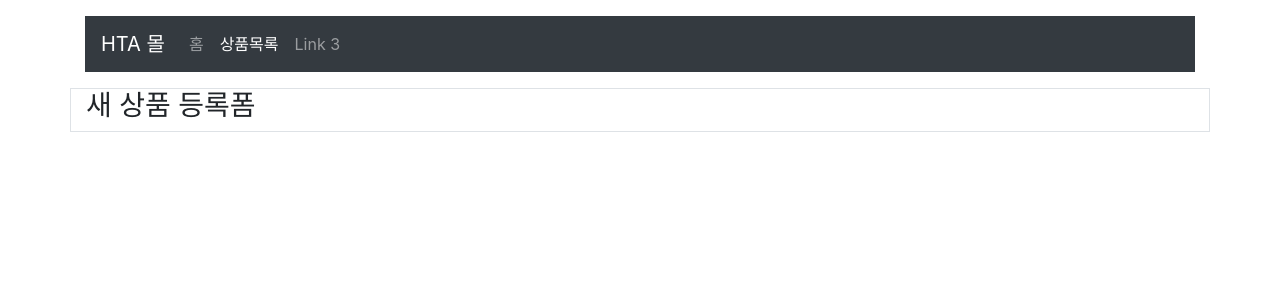
Repository: onuo77/HTA
Page: http://localhost/sample-mybatis/product/form.jsp
These files come from the project's save history. The page is drawn as it stood at one moment and after the next save; the edit follows.
The browser window is 1280 px wide. The pictures show the whole page.
The page is served by Tomcat 9. Other server files are loaded and not shown.

Above is the page before, as saved 2021-05-26 05:22:39.

### java-web/sample-mybatis/src/main/webapp/product/form.jsp
<%@ page contentType="text/html; charset=UTF-8" pageEncoding="UTF-8" %>
<!DOCTYPE html>
<html lang="ko">
<head>
  	<title>Bootstrap 4 Example</title>
  	<meta charset="utf-8">
  	<meta name="viewport" content="width=device-width, initial-scale=1">
  	<link rel="stylesheet" href="https://maxcdn.bootstrapcdn.com/bootstrap/4.5.2/css/bootstrap.min.css">
  	<script src="https://ajax.googleapis.com/ajax/libs/jquery/3.5.1/jquery.min.js"></script>
  	<script src="https://cdnjs.cloudflare.com/ajax/libs/popper.js/1.16.0/umd/popper.min.js"></script>
  	<script src="https://maxcdn.bootstrapcdn.com/bootstrap/4.5.2/js/bootstrap.min.js"></script>
</head>
<body>
<div class="container">
<%
	String navItem = "product";
%>
	<header>
		<%@include file="../common/header.jsp" %>
	</header>
	<main>
		<div class="row">
			<div class="col-12 border">
				<h3>새 상품 등록폼</h3>
			</div>
		</div>
	</main>
	<footer>

	</footer>
</div>
</body>
</html>

### java-web/sample-mybatis/src/main/webapp/common/header.jsp
<%@ page pageEncoding="UTF-8"%>
<nav class="navbar navbar-expand-sm bg-dark navbar-dark my-3">
	<a class="navbar-brand" href="">HTA 몰</a>
  	<ul class="navbar-nav">
    	<li class="nav-item <%="home".equals(navItem) ? "active" : "" %>"><a class="nav-link" href="/sample-mybatis/index.jsp">홈</a></li>
    	<li class="nav-item <%="product".equals(navItem) ? "active" : "" %>"><a class="nav-link" href="/sample-mybatis/product/list.jsp">상품목록</a></li>
    	<li class="nav-item"><a class="nav-link" href="#">Link 3</a></li>
  	</ul>
</nav>

After the next save:
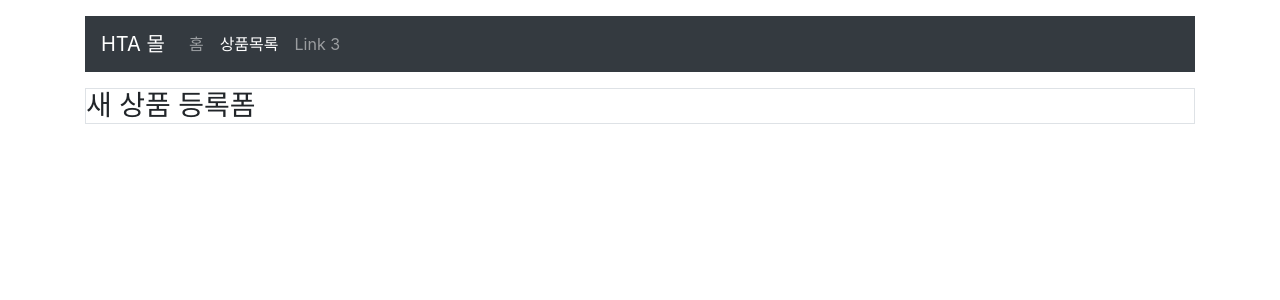
Saved 19 s later.
--- a/java-web/sample-mybatis/src/main/webapp/product/form.jsp
+++ b/java-web/sample-mybatis/src/main/webapp/product/form.jsp
@@ -20,8 +20,8 @@
 	</header>
 	<main>
 		<div class="row">
-			<div class="col-12 border">
-				<h3>새 상품 등록폼</h3>
+			<div class="col-12">
+				<h3 class="border">새 상품 등록폼</h3>
 			</div>
 		</div>
 	</main>
